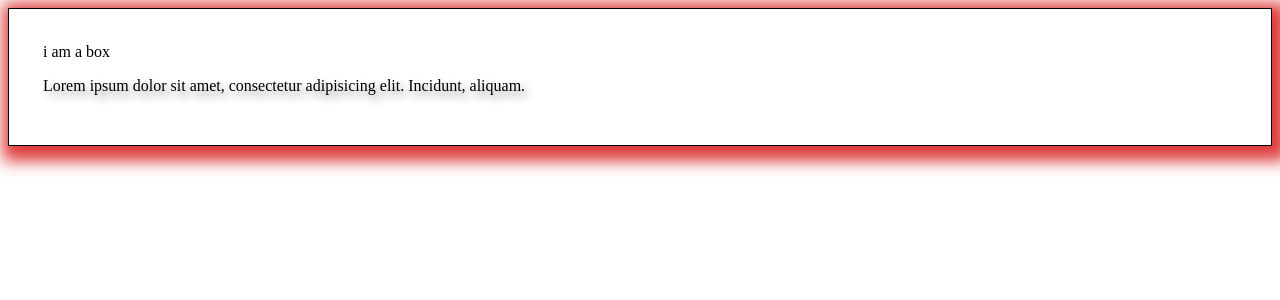
Repository: diensy/Web_dev
Page: Css/Shadows/shadow.html
The author's editor kept a copy of each file at every save. The page is drawn from the files as they stood at one save, then again after the next save.
The browser window is 1280 px wide. The pictures show the whole page.

Above is the page before, as saved 2024-05-25 20:23:51.

### Css/Shadows/shadow.html
<!DOCTYPE html>
<html lang="en">
  <head>
    <meta charset="UTF-8" />
    <meta name="viewport" content="width=device-width, initial-scale=1.0" />
    <title>shadow</title>
    <link rel="stylesheet" href="shadow.css" />
  </head>
  <body>
    <div class="box">
      i am a box
      <p>
        Lorem ipsum dolor sit amet, consectetur adipisicing elit. Incidunt,
        aliquam.
      </p>
    </div>
  </body>
</html>

### Css/Shadows/shadow.css
.box{
    border: 1px solid black;
    padding: 34px;
    box-shadow: 5px 5px 15px 10px rgba(214, 1, 1, 0.772) ;
}
p{
    text-shadow: 5px 5px 10px #888888;
}

After the next save:
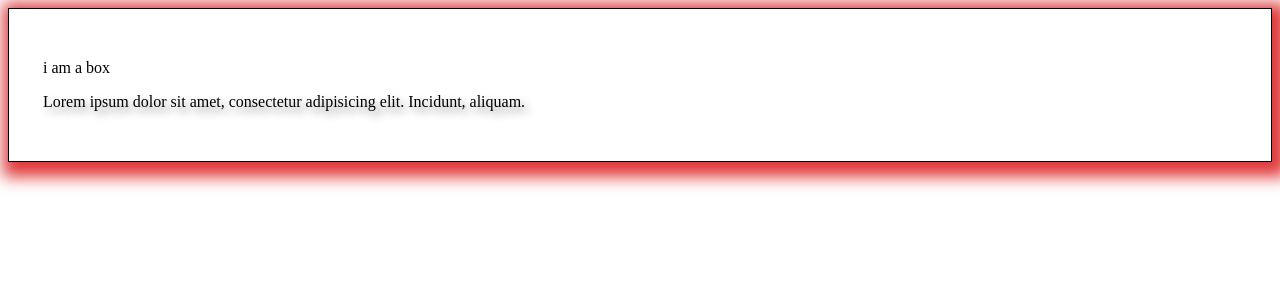
Saved 23 s later.
--- a/Css/Shadows/shadow.html
+++ b/Css/Shadows/shadow.html
@@ -8,7 +8,7 @@
   </head>
   <body>
     <div class="box">
-      i am a box
+      <p></p>i am a box
       <p>
         Lorem ipsum dolor sit amet, consectetur adipisicing elit. Incidunt,
         aliquam.
